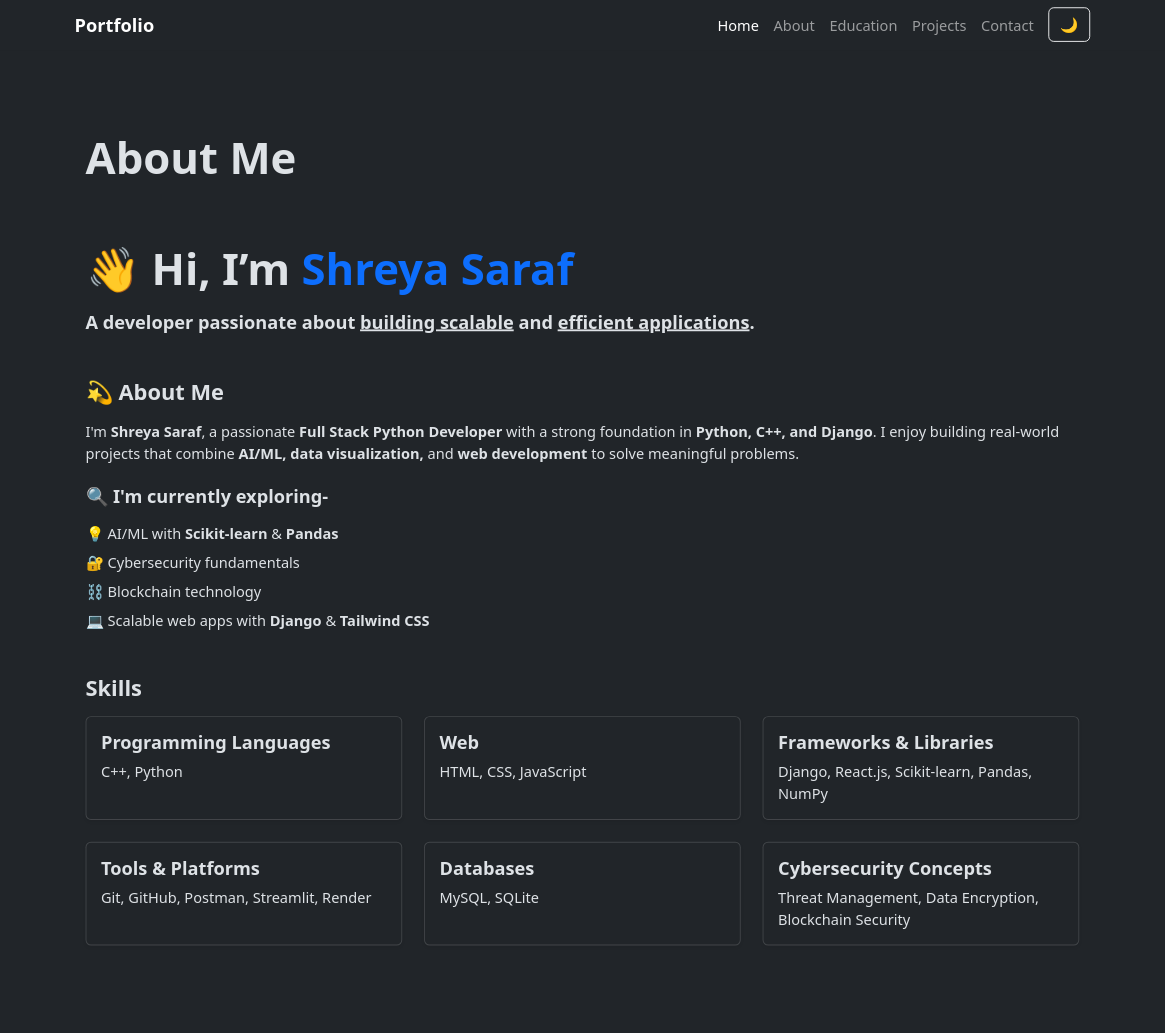
Repository: Shreyasaraf01/shreya-portfolio
Page: http://localhost/about/
An editor plug-in stored every save of this project. The page is shown before and after the next save, followed by the edit.
The browser window is 1280 px wide. The pictures show the whole page, at 91% of full size.
The page is served by the project's application, run on Django 5.2 (manage.py). Other server files are loaded and not shown.

Above is the page before, as saved 2025-09-13 22:50:24.

### main/templates/main/about.html
{% extends "base.html" %}
{% block content %}
<div class="container py-5">
<!-- Header -->
<h2 class="display-5 fw-bold mb-3">About Me</h2>
<br>
<br>
<div class="text-center text-md-start mb-5">
  <h2 class="fw-bold display-5">
    👋 Hi, I’m <span class="text-primary">Shreya Saraf</span>
  </h2>
  <p class="lead fw-semibold text-body mt-3" style="font-size: 1.25rem;">
    A developer passionate about <span class="text-decoration-underline">building scalable</span>
    and <span class="text-decoration-underline">efficient applications</span>.
  </p>
</div>


 <!-- Enhanced About Section -->
<div class="mb-5">
  <h3 class="h4 fw-bold mb-3">💫 About Me</h3>
  <p class="fs-6 text-body">
    I'm <strong>Shreya Saraf</strong>, a passionate <strong>Full Stack Python Developer</strong>
    with a strong foundation in <span class="fw-bold">Python, C++, and Django</span>.
    I enjoy building real-world projects that combine <strong>AI/ML, data visualization,</strong>
    and <strong>web development</strong> to solve meaningful problems.
  </p>

  <h5 class="fw-bold mt-4">🔍 I'm currently exploring-</h5>
  <ul class="list-unstyled mt-3">
    <li class="mb-2">💡 AI/ML with <strong>Scikit-learn</strong> & <strong>Pandas</strong></li>
    <li class="mb-2">🔐 Cybersecurity fundamentals</li>
    <li class="mb-2">⛓️ Blockchain technology</li>
    <li class="mb-2">💻 Scalable web apps with <strong>Django</strong> & <strong>Tailwind CSS</strong></li>
  </ul>
</div>


  <!-- Skills Section -->
  <h3 class="h4 fw-bold mb-3">Skills</h3>
  <div class="row g-4">
    <!-- Programming Languages -->
    <div class="col-md-4">
      <div class="card shadow-sm h-100">
        <div class="card-body">
          <h5 class="card-title fw-bold">Programming Languages</h5>
          <p class="card-text">C++, Python</p>
        </div>
      </div>
    </div>

    <!-- Web -->
    <div class="col-md-4">
      <div class="card shadow-sm h-100">
        <div class="card-body">
          <h5 class="card-title fw-bold">Web</h5>
          <p class="card-text">HTML, CSS, JavaScript</p>
        </div>
      </div>
    </div>

    <!-- Frameworks & Libraries -->
    <div class="col-md-4">
      <div class="card shadow-sm h-100">
        <div class="card-body">
          <h5 class="card-title fw-bold">Frameworks & Libraries</h5>
          <p class="card-text">Django, React.js, Scikit-learn, Pandas, NumPy</p>
        </div>
      </div>
    </div>

    <!-- Tools & Platforms -->
    <div class="col-md-4">
      <div class="card shadow-sm h-100">
        <div class="card-body">
          <h5 class="card-title fw-bold">Tools & Platforms</h5>
          <p class="card-text">Git, GitHub, Postman, Streamlit, Render</p>
        </div>
      </div>
    </div>

    <!-- Databases -->
    <div class="col-md-4">
      <div class="card shadow-sm h-100">
        <div class="card-body">
          <h5 class="card-title fw-bold">Databases</h5>
          <p class="card-text">MySQL, SQLite</p>
        </div>
      </div>
    </div>

    <!-- Cybersecurity Concepts -->
    <div class="col-md-4">
      <div class="card shadow-sm h-100">
        <div class="card-body">
          <h5 class="card-title fw-bold">Cybersecurity Concepts</h5>
          <p class="card-text">Threat Management, Data Encryption, Blockchain Security</p>
        </div>
      </div>
    </div>
  </div>
</div>
{% endblock %}

### main/templates/base.html
<!DOCTYPE html>
<html lang="en" data-bs-theme="dark">
<head>
  <meta charset="UTF-8">
  <title>Portfolio</title>
  {% load static %}
  <link href="https://cdn.jsdelivr.net/npm/bootstrap@5.3.3/dist/css/bootstrap.min.css" rel="stylesheet">
  <script src="{% static 'js/theme.js' %}" defer></script>
</head>
<body>
  <!-- Navbar -->
  <nav class="navbar navbar-expand-lg navbar-dark bg-dark fixed-top">
    <div class="container">
      <a class="navbar-brand fw-bold" href="/">Portfolio</a>
      <button class="navbar-toggler" type="button" data-bs-toggle="collapse" data-bs-target="#navbarNav" aria-controls="navbarNav" aria-expanded="false" aria-label="Toggle navigation">
        <span class="navbar-toggler-icon"></span>
      </button>
      <div class="collapse navbar-collapse" id="navbarNav">
        <ul class="navbar-nav ms-auto">
          <li class="nav-item"><a class="nav-link active" href="/">Home</a></li>
          <li class="nav-item"><a class="nav-link" href="/about/">About</a></li>
          <li class="nav-item"><a class="nav-link" href="/education/">Education</a></li>
          <li class="nav-item"><a class="nav-link" href="/projects/">Projects</a></li>
          <li class="nav-item"><a class="nav-link" href="/contact/">Contact</a></li>
          <li class="nav-item">
            <button class="btn btn-outline-light ms-2" id="theme-toggle">🌙</button>
          </li>
        </ul>
      </div>
    </div>
  </nav>

  <!-- Main Content Container -->
  <div class="container py-5 mt-5">
    {% block content %}{% endblock %}
  </div>

  <script src="https://cdn.jsdelivr.net/npm/bootstrap@5.3.3/dist/js/bootstrap.bundle.min.js"></script>
</body>
</html>

### main/views.py
from django.shortcuts import render, redirect
from django.core.mail import send_mail
from django.conf import settings

def index(request):
    return render(request, "main/index.html")

def about(request):
    return render(request, "main/about.html")

def education(request):
    return render(request, "main/education.html")

def projects(request):
    return render(request, "main/projects.html")

def contact(request):
    if request.method == "POST":
        name = request.POST.get("name")
        email = request.POST.get("email")
        message = request.POST.get("message")

        send_mail(
            subject=f"Portfolio Contact from {name}",
            message=f"From: {email}\n\n{message}",
            from_email=settings.DEFAULT_FROM_EMAIL,
            recipient_list=[settings.CONTACT_EMAIL],
        )
        return redirect("home")

    return render(request, "main/contact.html")

### shreya_portfolio/urls.py
"""
URL configuration for shreya_portfolio project.

The `urlpatterns` list routes URLs to views. For more information please see:
    https://docs.djangoproject.com/en/5.1/topics/http/urls/
Examples:
Function views
    1. Add an import:  from my_app import views
    2. Add a URL to urlpatterns:  path('', views.home, name='home')
Class-based views
    1. Add an import:  from other_app.views import Home
    2. Add a URL to urlpatterns:  path('', Home.as_view(), name='home')
Including another URLconf
    1. Import the include() function: from django.urls import include, path
    2. Add a URL to urlpatterns:  path('blog/', include('blog.urls'))
"""
from django.contrib import admin
from django.urls import path, include

urlpatterns = [
    path('admin/', admin.site.urls),
    path("", include("main.urls")),
]

### main/urls.py
from django.urls import path
from . import views

urlpatterns = [
    path("", views.index, name="home"),
    path("about/", views.about, name="about"),
    path("education/", views.education, name="education"),
    path("projects/", views.projects, name="projects"),
    path("contact/", views.contact, name="contact"),
]

### main/static/js/theme.js
document.addEventListener("DOMContentLoaded", () => {
  const toggle = document.getElementById("theme-toggle");
  if (!toggle) return;

  toggle.addEventListener("click", () => {
    const html = document.documentElement;
    const current = html.getAttribute("data-bs-theme");
    const next = current === "dark" ? "light" : "dark";
    html.setAttribute("data-bs-theme", next);
    localStorage.setItem("theme", next);
    toggle.textContent = next === "dark" ? "🌙" : "☀️";
  });

  // persist user choice
  const saved = localStorage.getItem("theme");
  if (saved) {
    document.documentElement.setAttribute("data-bs-theme", saved);
    toggle.textContent = saved === "dark" ? "🌙" : "☀️";
  }
});

After the next save:
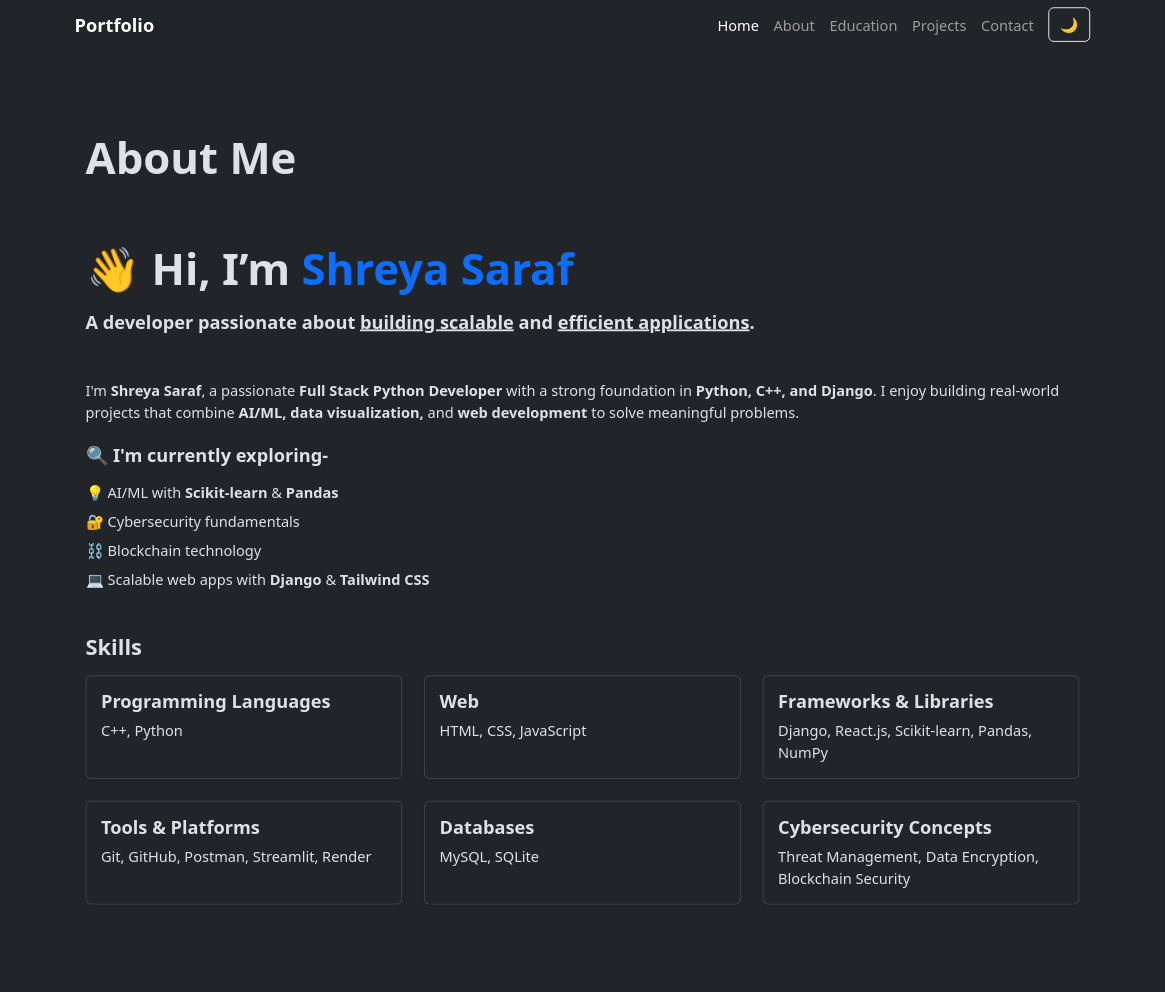
Saved 32 s later.
--- a/main/templates/main/about.html
+++ b/main/templates/main/about.html
@@ -18,7 +18,6 @@
 
  <!-- Enhanced About Section -->
 <div class="mb-5">
-  <h3 class="h4 fw-bold mb-3">💫 About Me</h3>
   <p class="fs-6 text-body">
     I'm <strong>Shreya Saraf</strong>, a passionate <strong>Full Stack Python Developer</strong>
     with a strong foundation in <span class="fw-bold">Python, C++, and Django</span>.
